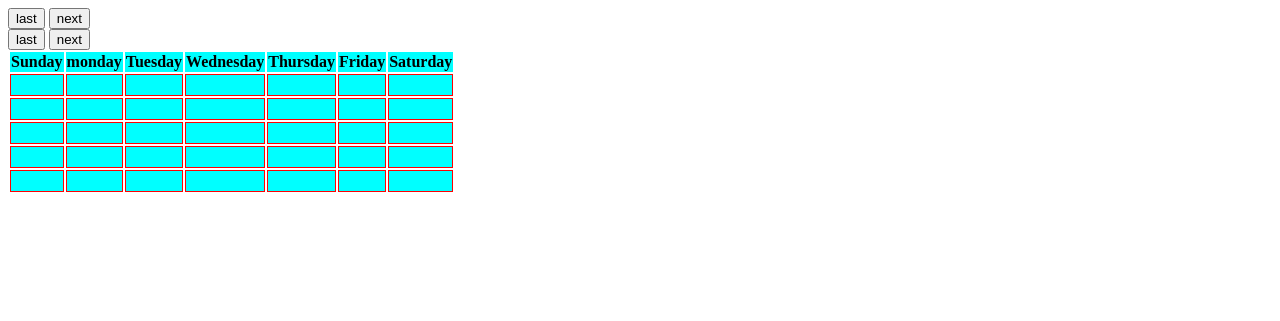
Repository: fateme81yosefi/calendar
Page: index.html
The author's editor kept a copy of each file at every save. The page is drawn from the files as they stood at one save, then again after a run of saves.
The browser window is 1280 px wide. The pictures show the whole page.

Above is the page before, as saved 2024-05-30 23:07:47.
Console error: SyntaxError: Unexpected token ')'

After the next 7 saves:
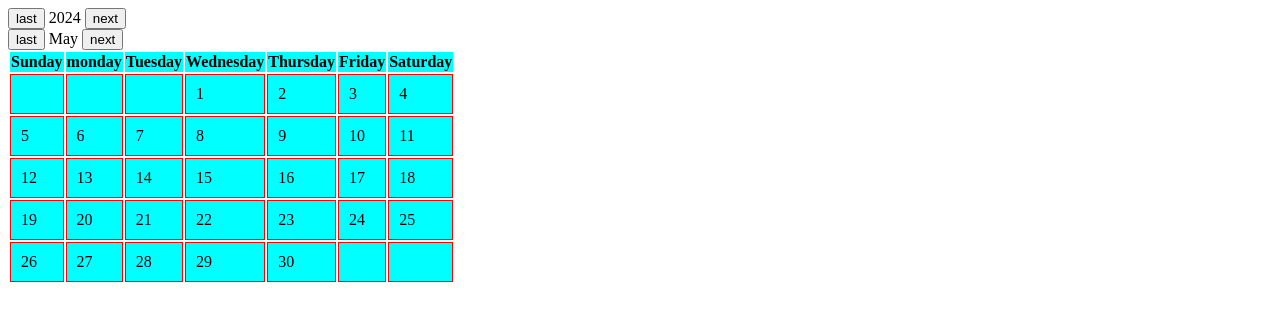
The error is gone.
The 7 saves are shown as one change because they came seconds apart.
The last was saved 16 s later.
--- a/scripts.js
+++ b/scripts.js
@@ -149,9 +149,10 @@ function fillAllDay(m, y, dayCount) {
     }
 
     for(let i=col; i<=7; i++){
-        if(row=)
-        const x = row + "-" + i;
-        document.getElementById(x).innerHTML = ""
+        if(row==5){
+            const x = row + "-" + i;
+            document.getElementById(x).innerHTML = ""
+        }
     }
 }
 
